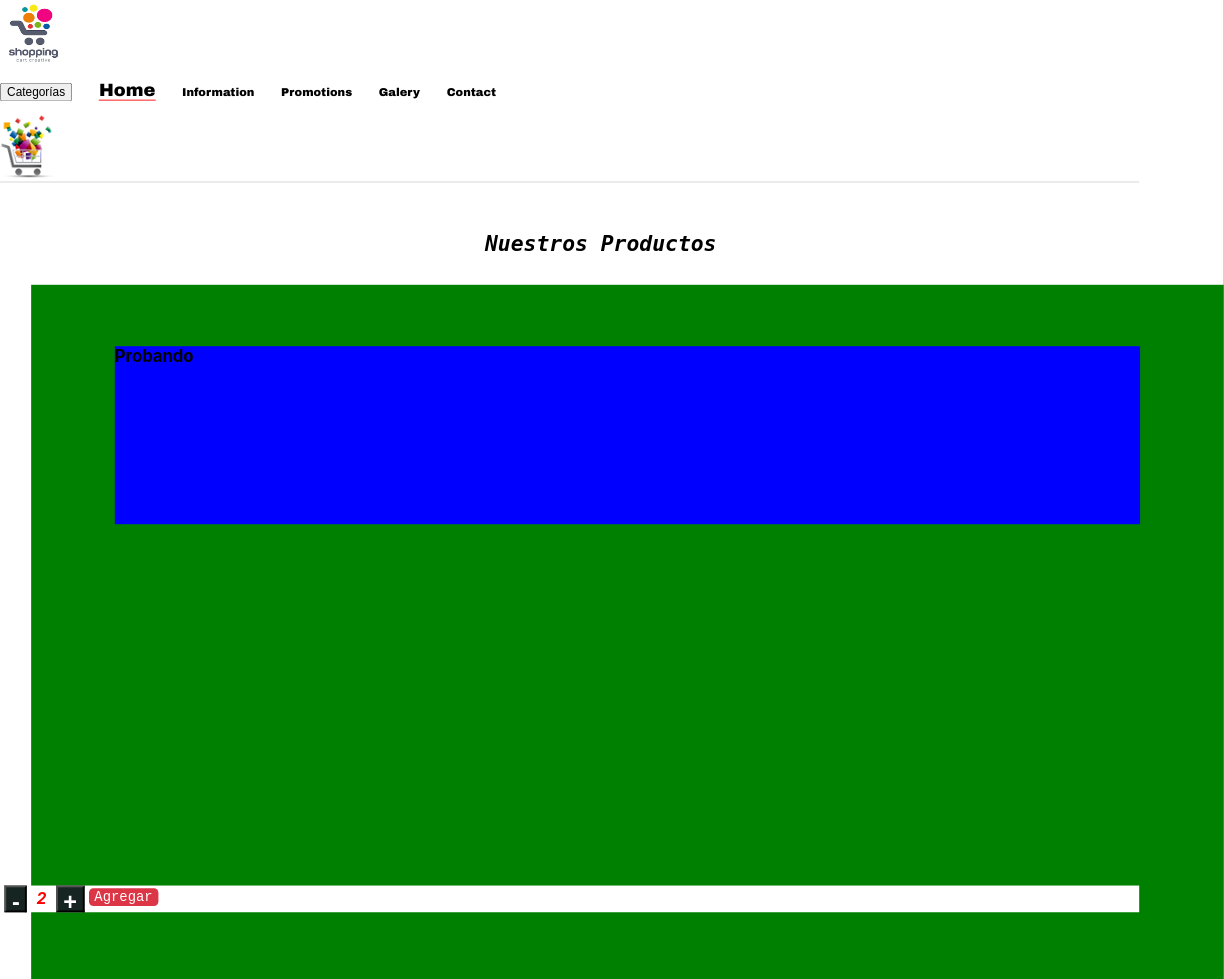
Repository: gustavomanuelquintana/CoderRepository
Page: / (app in cards-commers/)
The author's editor kept a copy of each file at every save. The page is drawn from the files as they stood at one save, then again after the next save.
The browser window is 1280 px wide. The page is 1375 px wide, so the pictures cover 1375 px, including what lies to the right of the window. The pictures show the whole page, at 89% of full size.
The project was rebuilt for these pictures with package versions that can differ from the ones it lists, and the page was loaded fresh each time.

Above is the page before, as saved 2020-10-31 14:06:53.

### cards-commers/src/App.js
import React from "react";
import NavBar from "./Components/NavBar/NavBar";
import ItemListContainer from "./Components/ItemListContainer/ItemListContainer";
import ItemCount from "./Components/ItemCount/ItemCount";

function App() {
  let stock= 14;
  const handleAdd = (counter) => {
    return ({stock}) => {
      if (stock <=0){
        alert('No hay stock')
      }else {
        alert(`Se van agregar ${counter} articulos`)
      }
    }
  }

  return (
    <div className="App">
        <NavBar />
        <ItemListContainer titulo='Nuestros Productos'/>
        <ItemCount onAdd={handleAdd}  stock={stock} initial={2} />
    </div>
  );
}

export default App;

### cards-commers/src/Components/NavBar/NavBar.js
import React from "react";
import ImageNavBar from "../../Images/cards-logo.png";
import CartWidget from "../CartWidget/CartWidget";
import Dropdown from "react-bootstrap/Dropdown";
import "./NavBar.css";

const styleFont = {
  fontSize: 20,
  borderBottom: "1px solid red",
};

function NavBar() {
  return (
    <div className=" col-12">
      <div className="header-navBar col-12">
        <div className="row col-12">
          <div className="Logo-navBar col-1">
            <a href="index.html">
            <img src={ImageNavBar} alt="logo" width="75" height="70" />
            </a>
          </div>
          <div className="Links-navBar col-10 mt-3">
            <ul className="List-navBar">
              <li>
                <Dropdown>
                  <Dropdown.Toggle  variant="danger" id="dropdown-basic">
                    Categorías
                  </Dropdown.Toggle>

                  <Dropdown.Menu>
                    <Dropdown.Item   href="#/action-1">
                      Deportes / Fitness
                    </Dropdown.Item>
                    <Dropdown.Item href="#/action-2">
                      Hogar / Electrodomésticos
                    </Dropdown.Item>
                    <Dropdown.Item href="#/action-3">Vehículos</Dropdown.Item>
                  </Dropdown.Menu>
                </Dropdown>
              </li>
              <li>
                <a style={styleFont} href="#">
                  Home
                </a>
              </li>
              <li>
                <a href="#">Information</a>
              </li>
              <li>
                <a href="#">Promotions </a>
              </li>
              <li>
                <a href="#">Galery</a>
              </li>
              <li>
                <a href="#">Contact</a>
              </li>
            </ul>
          </div>
          <div className="carrito-navBar col-1">
            <CartWidget />
          </div>
        </div>
      </div>
    </div>
  );
}

export default NavBar;

### cards-commers/src/Components/ItemListContainer/ItemListContainer.js
import React, {useState, useEffect} from 'react';
import './ItemListContainer.css';
import ItemList from './ItemList/ItemList';

const getList = () => {
    return new Promise( (res) => {
        let products;
        res(
            products = ["nike", "Airmax", "Running fast"]
        )
    });
}


function ItemListContainer({titulo}){
    const [itemList, setItemList] = useState([]);

    // Use effect
    useEffect( () => {
        getList().then( mercaderia => {
           setItemList(mercaderia);
        });
    },[]); // End useEffect

    return (
        <div className="container">
            <h2>{titulo}</h2>
        <ItemList items={itemList} />
        </div>
    );
}



export default ItemListContainer;

### cards-commers/src/Components/ItemCount/ItemCount.js
import React, {useState} from 'react';
import ButtonsCount from './ButtonsCount/ButtonsCount';
import ViewCount from './ViewCount/ViewCount';
import AgregarCount from './AgregarCount/AgregarCount';


    const styleContain={
        backgroundColor:"white",
        display:"flex",
    }
    const styleBox = {
        color:"red",
        fontWeight:"bold",
        fontSize:"1.1em",
        lineHeight:"18px",
        display:"flex",
        justifyContent:"center",
        width:"100px",
        height:"30px",
    }
    const boxAdd ={
        fontWeight: "bold",
        fontSize: "1em",
        color: "red",
    }
    export default function ItemCount({onAdd,stock,initial}) {
        let [counter, counterState] = useState(initial);

    const onClickButton = (amount) => {
        return () => {
            let total = (amount < 0) ? 0 : amount;
            let limiter = (total > stock) ? stock: total;
            counterState(limiter);

        }
    }

    let props = {counter, counterState}

    return (
        <div className="section-car" style={styleContain}>
        <div className="box-count" style={styleBox}>
            <ButtonsCount suma={false} onClick={onClickButton} {...props} />
             <ViewCount value={counter}/>
             <ButtonsCount suma={true} onClick={onClickButton}  {...props}/>
        </div>

        <div  className="box-add" style={boxAdd}> <AgregarCount onAdd= {onAdd} {...{counter}}/> </div>
        </div>
        );
}

### cards-commers/src/Components/CartWidget/CartWidget.js
import React from 'react';
import ImageCarrito from "../../Images/carrito-img.png";

function CartWidget(){
    return (
        <a href="#">
         <img src={ImageCarrito}/>
        </a>
    )
}

export default CartWidget;

### cards-commers/src/Components/NavBar/NavBar.css
img {
  max-width: 100%;
}
.header-navBar {
  background-color: white;
  display: flex;
  width: 100%;
  border-bottom: 1px solid lightgrey;
}

.Logo-navBar img {
  max-height: 8em;
  max-width: 8em;
}
.Links-navBar ul li {
  display: inline-block;
  margin-right: 35px;
  margin: 0 70px 0 -40px;
}
.Links-navBar ul li a {
  color: black;
  font-family: Arial Black;
  font-size: 0.8em;
  font-weight: bold;
  text-decoration: none;
}

### cards-commers/src/Components/ItemListContainer/ItemListContainer.css
.container{
    width:100%;
    max-height:100vh;
    margin: 0.25 auto;
    padding: 35px;
}
.container h2{
    text-align:center;
    font-family: "monospace";
    font-weight:bold;
    font-style: italic;
}

### cards-commers/src/Components/ItemListContainer/ItemList/ItemList.js
import React, {useState, useEffect} from 'react';
import './ItemList.css';
import Item from '../Item/Item';




function ItemList({items}){
return <div className="itemList">
        <Item />
     </div>
}


export default ItemList;

### cards-commers/src/Components/ItemCount/ButtonsCount/ButtonsCount.js
import React from "react";
const styleButton = {
    fontWeight: "bold",
    fontSize:"1.5em",
    background: "#172522",
    color: "white",
    margin:"0 auto",
    height:"100%",
}

export default function ButtonsCount({suma,onClick,counter,counterState}) {

    let signo = suma ? '+' : '-';

    let amount = suma ? (counter + 1) : (counter - 1);

  return ( <button onClick={onClick(amount)} style={styleButton}>{signo}</button> )
}

### cards-commers/src/Components/ItemCount/ViewCount/ViewCount.js
import React from 'react';

const countnumber = {
    margin:"0.35em auto",
    fontStyle:"italic",

}

export default function ViewCount({value}){

    return(
        <div style={countnumber} className="countNumber">{value}</div>
    )
}

### cards-commers/src/Components/ItemCount/AgregarCount/AgregarCount.js
import React from 'react';

const agregarcount = {
    borderRadius:"5px",
    border:"none",
    margin:"0.2em auto",
    background:"#dc3545",
    color:"white",
    fontFamily:"monospace",
    fontSize:"1.2em",
}
export default function AgregarCount({onAdd, counter}){

    const agregarCount = () =>{};

    return(
        <div>
            <button style={agregarcount} onClick={onAdd(counter)}>Agregar</button>
        </div>
    )
}

### cards-commers/src/Components/ItemListContainer/ItemList/ItemList.css
.itemList{
    width:100%;
    height:700px;
    background-color:green;
    padding:50px 30px 30px 30px;
    margin:2em auto;
}

### cards-commers/src/Components/ItemListContainer/Item/Item.js
import React from 'react';
import './Item.css'

function Item(){
    return <div className="Item">
        <h3>Probando</h3>
    </div>

}

export default Item;

### cards-commers/src/Components/ItemListContainer/Item/Item.css
.Item{
    background-color: blue;
    margin:0.25em auto;
    width:90%;
    height:200px;
}

Loaded but not shown: cards-commers/public/index.html (common file); cards-commers/src/index.js (common file); cards-commers/src/index.css (common file); cards-commers/src/serviceWorker.js (common file)

After the next save:
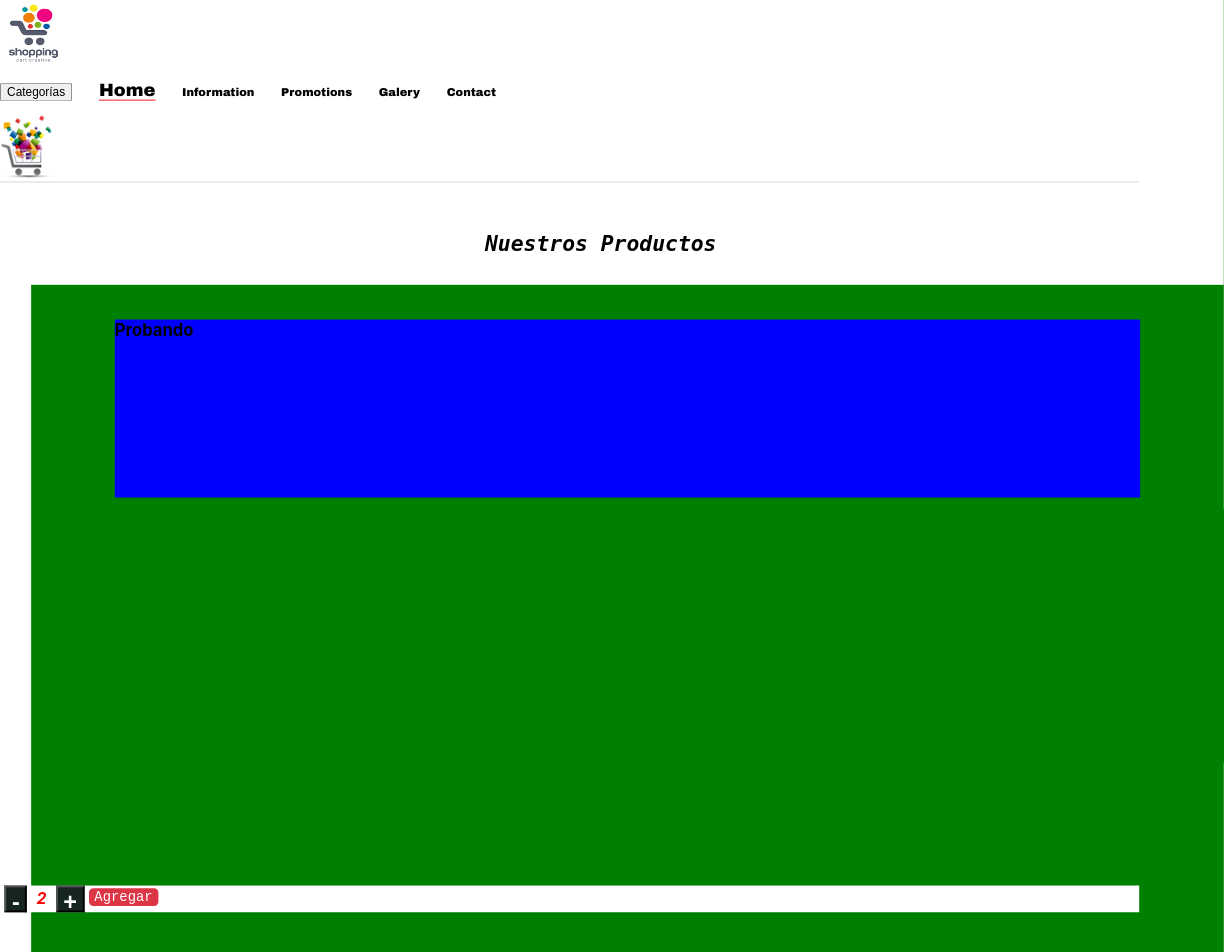
Saved 13 s later.
--- a/cards-commers/src/Components/ItemListContainer/ItemList/ItemList.css
+++ b/cards-commers/src/Components/ItemListContainer/ItemList/ItemList.css
@@ -2,6 +2,6 @@
     width:100%;
     height:700px;
     background-color:green;
-    padding:50px 30px 30px 30px;
+    padding:20px 30px 30px 30px;
     margin:2em auto;
 }
